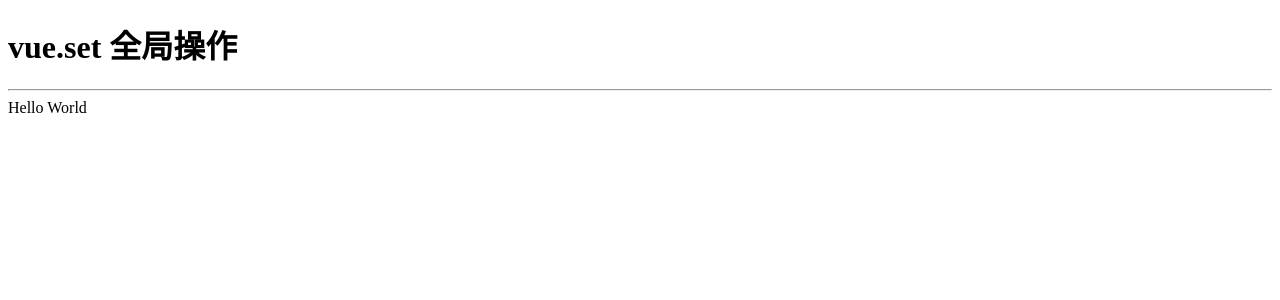
Repository: 13982720426/vue2.0-LearningNotes
Page: example/vue.set.html
An editor plug-in stored every save of this project. The page is shown before and after the next save, followed by the edit.
The browser window is 1280 px wide. The pictures show the whole page.

Above is the page before, as saved 2021-06-24 17:10:42.

After the next save:
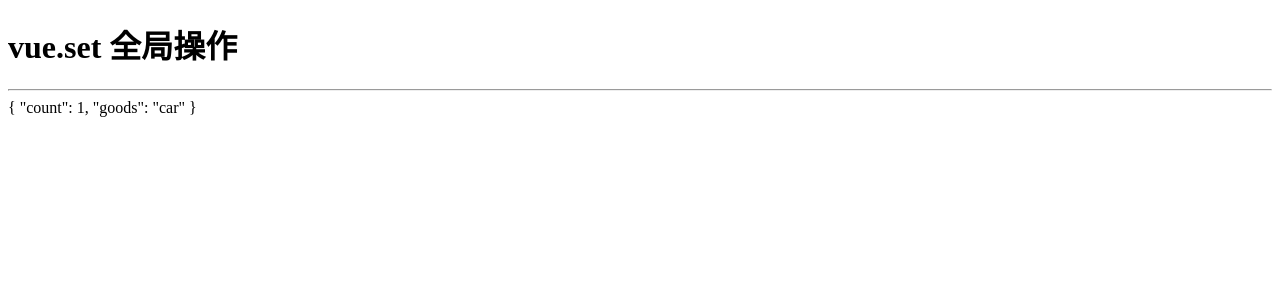
Saved 2 min 7 s later.
--- a/example/vue.set.html
+++ b/example/vue.set.html
@@ -12,10 +12,14 @@
     <hr />
     <div id="app">{{message}}</div>
     <script type="text/javascript">
+      var outData = {
+        count: 1,
+        goods: 'car',
+      };
       var app = new Vue({
         el: '#app',
         data: {
-          message: 'Hello World',
+          message: outData,
         },
       });
     </script>
